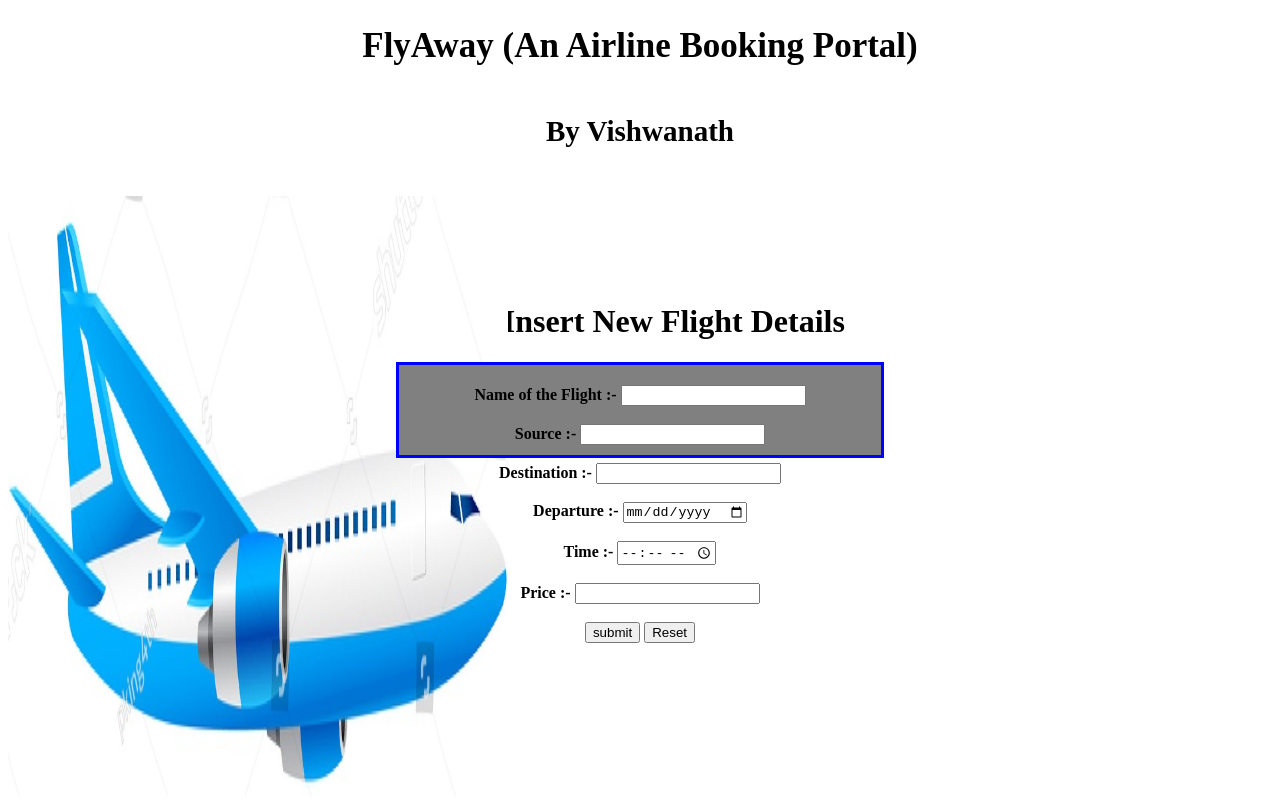
Repository: Vishu4401/FlyAway-An-Airline-Booking-Portal-
Page: http://localhost/FlyAway-An-Airline-Booking-Portal/AdminHome.jsp
These files come from the project's save history. The page is drawn as it stood at one moment and after the next save; the edit follows.
The browser window is 1280 px wide. The pictures show the whole page.
The page is served by Tomcat 9.

Above is the page before, as saved 2022-08-24 04:31:36.

After the next save:
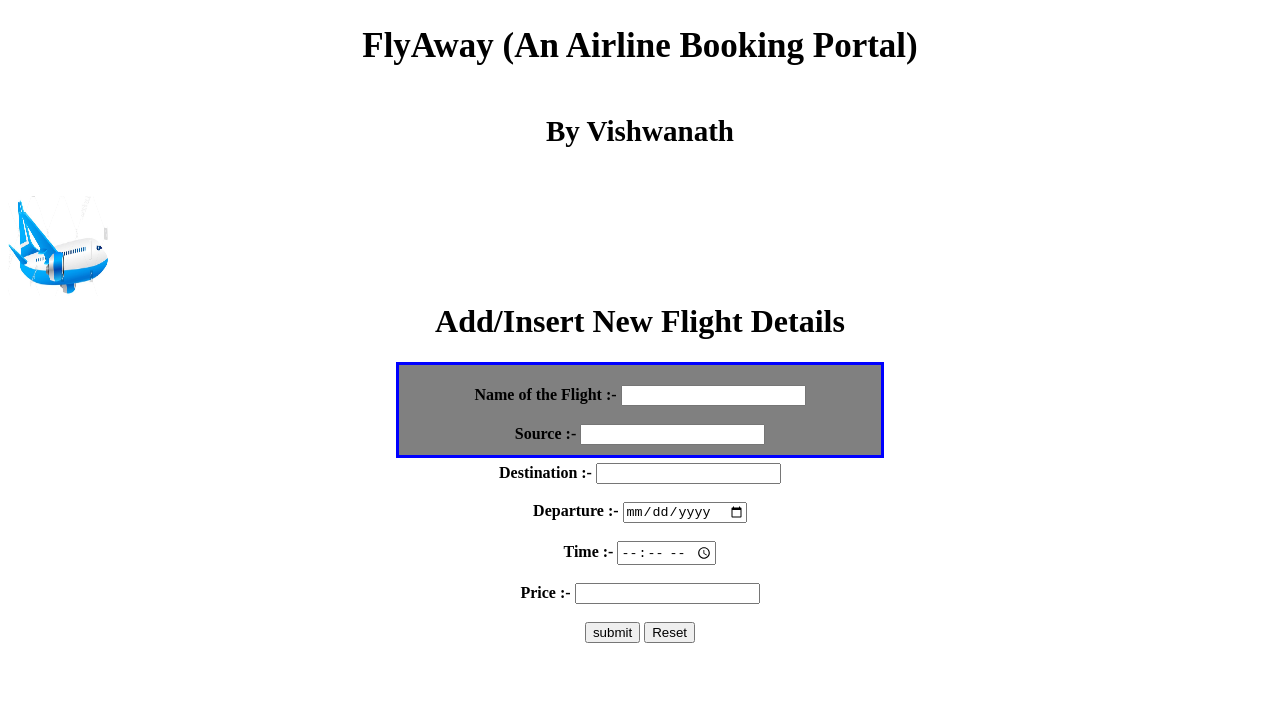
Saved 55 s later.
--- a/FlyAway-An-Airline-Booking-Portal/src/main/webapp/AdminHome.jsp
+++ b/FlyAway-An-Airline-Booking-Portal/src/main/webapp/AdminHome.jsp
@@ -35,7 +35,7 @@ div {
 </center></a>
 
 <div id="div1">
- <img src="flight.jpg" alt="Fly Away" width="500" height="600"> </div>
+ <img src="flight.jpg" alt="Fly Away" width="100" height="100"> </div>
 
 <br><br>
 <center>
